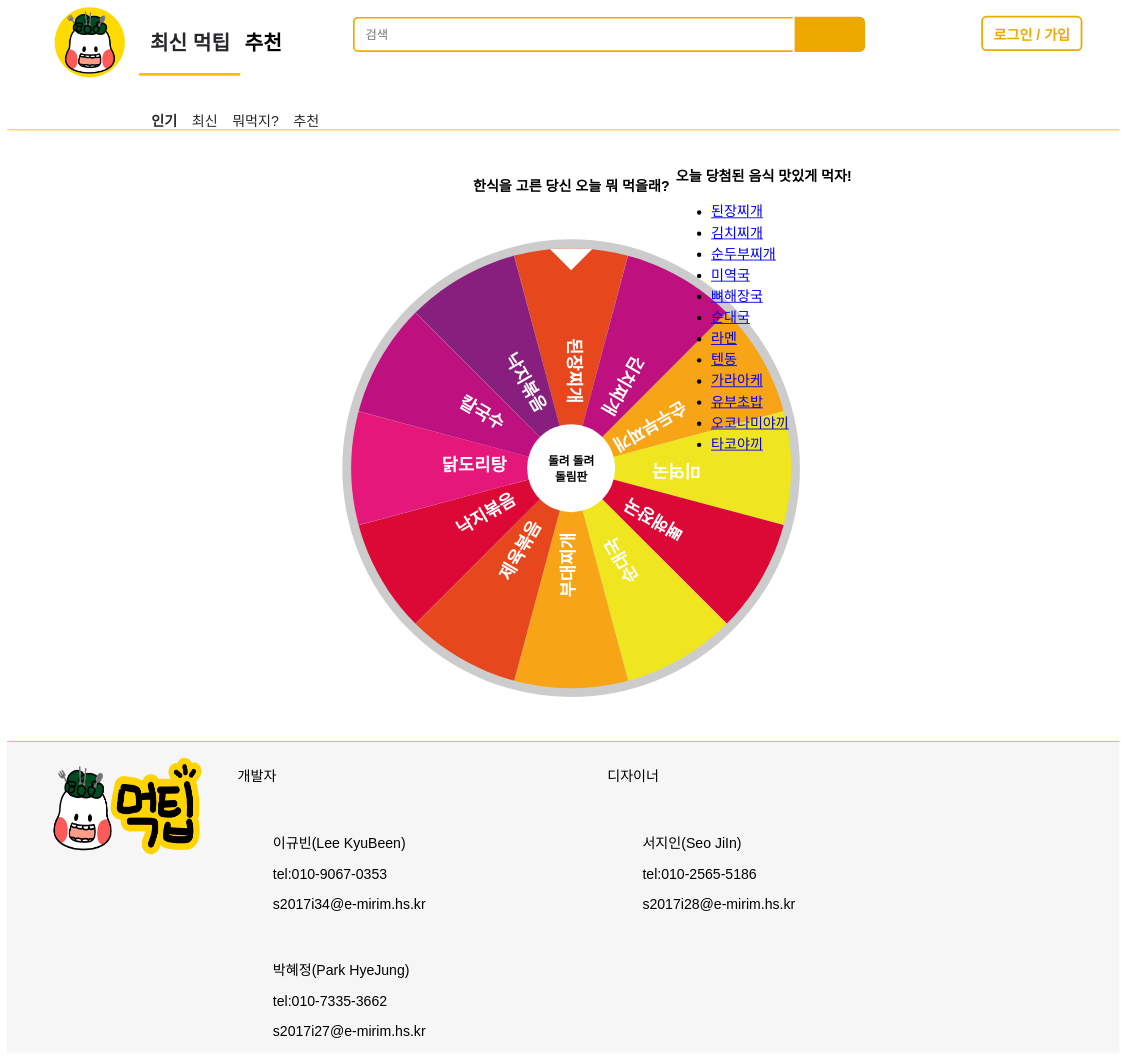
Repository: binkalos/JSP-STUDY
Page: http://localhost/IT-show/korean.jsp
These files come from the project's save history. The page is drawn as it stood at one moment and after the next save; the edit follows.
The browser window is 1280 px wide. The pictures show the whole page, at 88% of full size.
Some web libraries are served in a nearby version. The page is served by Tomcat 9. Other server files are loaded and not shown.

Above is the page before, as saved 2019-06-17 10:16:40.

### IT-show/WebContent/korean.jsp
<%@ page language="java" contentType="text/html; charset=UTF-8"
    pageEncoding="UTF-8"%>
<!DOCTYPE html>
<html>
<head>
<meta charset="UTF-8">
<title>한식</title>
<link rel="stylesheet" href="whatToEatStyle.css" >
<link rel="shortcut icon" href="/path/favicon.ico">
<script src="https://cdnjs.cloudflare.com/ajax/libs/jquery/1.8.3/jquery.min.js"></script>
<script src="https://cdn.sobekrepository.org/includes/jquery-rotate/2.2/jquery-rotate.min.js"></script>
<script src="https://cdnjs.cloudflare.com/ajax/libs/jquery-easing/1.4.1/jquery.easing.min.js"></script>
<script>
(function($) {
	$.fn.extend({

		roulette: function(options) {

			var defaults = {
				angle: 0,
				angleOffset: -45,
				speed: 5000,
				easing: "easeInOutElastic",
			};

			var opt = $.extend(defaults, options);

			return this.each(function() {
				var o = opt;

				var data = [
					{ color: '#e6471d', text: '된장찌개' },
					{ color: '#be107f', text: '김치찌개' },
					{ color: '#f7a416', text: '순두부찌개' },
					{ color: '#efe61f', text: '미역국' },
					{ color: '#dc0936', text: '뼈해장국' },
					{ color: '#efe61f', text: '순대국' },
					{ color: '#f7a416', text: '부대찌개' },
					{ color: '#e6471d', text: '제육볶음' },
					{ color: '#dc0936', text: '낙지볶음' },
					{ color: '#e5177b', text: '닭도리탕' },
					{ color: '#be107f', text: '칼국수' },
					{ color: '#881f7e', text: '낙지볶음' }
				];

				var $wrap = $(this),
						$btnStart = $wrap.find("#btn-start"),
						$roulette = $wrap.find(".roulette"),
						wrapW = $wrap.width(),
						angle = o.angle,
						angleOffset = o.angleOffset,
						speed = o.speed,
						esing = o.easing,
						itemSize = data.length,
						itemSelector = "item",
						labelSelector = "label",
						d = 360 / itemSize,
						borderTopWidth = wrapW,
						borderRightWidth = tanDeg(d);

				for(i=1; i<=itemSize; i+=1){
					var idx = i-1,
							rt = i*d + angleOffset,
							itemHTML = $('<div class="'+ itemSelector +'">'),
							labelHTML = '';
							labelHTML += '<p class="'+ labelSelector +'">';
							labelHTML += '	<span class="text">'+ data[idx].text +'</span>';
							labelHTML += '</p>';

					$roulette.append(itemHTML);
					$roulette.children("."+ itemSelector).eq(idx).append(labelHTML);
					$roulette.children("."+ itemSelector).eq(idx).css({
						"left": wrapW / 2,
						"top": -wrapW / 2,
						"border-top-width": borderTopWidth,
						"border-right-width": borderRightWidth,
						"border-top-color": data[idx].color,
						"transform": "rotate("+ rt + "deg)"
					});

					var textH = parseInt(((2*Math.PI*wrapW)/d)*.5);

					$roulette.children("."+ itemSelector).eq(idx).children("."+ labelSelector).css({
						"height": textH+'px',
						"lineHeight": textH+'px',
						"transform": 'translateX('+  (textH*1.3) +'px) translateY('+ (wrapW*-.3) +'px) rotateZ('+ (90 + d*.5) +'deg)'
						                               //글자 각도
					});

				}

				function tanDeg(deg) {
					var rad = deg * Math.PI/180;
					return wrapW/(1/Math.tan(rad));
				}


				$btnStart.on("click", function() {
					rotation();
				});

				function rotation() {

					var completeA = 360 * r(5, 10) + r(0, 360);

					$roulette.rotate({
						angle: angle,
						animateTo: completeA,
						center: ["50%", "50%"],
						easing: $.easing.esing,
						callback: function() {
							var currentA = $(this).getRotateAngle();

							console.log(currentA);

						},
						duration: speed
					});
				}

				function r(min, max) {
					return Math.floor(Math.random() * (max - min + 1)) + min;
				}

			});
		}
	});
})(jQuery);

$(function() {

	$('.box-roulette').roulette();

});

</script>
</head>
<body>
<!-- Top -->
<%@ include file="TopWrapper.jsp"%>

<div class="main-content">
	<p class="title"><b>한식을 고른 당신 오늘 뭐 먹을래?</b></p>

	<div class="box-roulette">
		<div class="markers"></div>
		<button type="button" id="btn-start">
			돌려 돌려<br>돌림판
		</button>
		<div class="roulette" id="roulette"></div>
	</div>
	<div class="recommend-wrapper"><!-- food recommend wrapper -->
		<p class="title2"><b>오늘 당첨된 음식 맛있게 먹자!</b></p>
		<ul class="food">
			<li style="list-style-type : disc"><a href='search.jsp?keyword=된장찌개'>된장찌개</a></li>
			<li style="list-style-type : disc"><a href='search.jsp?keyword=김치찌개'>김치찌개</a></li>
			<li style="list-style-type : disc"><a href='search.jsp?keyword=돈가스'>순두부찌개</a></li>
			<li style="list-style-type : disc"><a href='search.jsp?keyword=규카츠'>미역국</a></li>
			<li style="list-style-type : disc"><a href='search.jsp?keyword=장어덮밥'>뼈해장국</a></li>
			<li style="list-style-type : disc"><a href='search.jsp?keyword=사케동'>순대국</a></li>
			<li style="list-style-type : disc"><a href='search.jsp?keyword=라멘'>라멘</a></li>
			<li style="list-style-type : disc"><a href='search.jsp?keyword=텐동'>텐동</a></li>
			<li style="list-style-type : disc"><a href='search.jsp?keyword=가라아케'>가라아케</a></li>
			<li style="list-style-type : disc"><a href='search.jsp?keyword=유부초밥'>유부초밥</a></li>
			<li style="list-style-type : disc"><a href='search.jsp?keyword=오코나미야끼'>오코나미야끼</a></li>
			<li style="list-style-type : disc"><a href='search.jsp?keyword=타코야끼'>타코야끼</a></li>
		</ul>
	</div>
</div>
<%@ include file="footer.jsp"%>
</body>
</html>

### IT-show/WebContent/TopWrapper.jsp
<%@ page language="java" contentType="text/html; charset=UTF-8"
    pageEncoding="UTF-8"%>
<link rel="stylesheet" href="TopWrapperStyle.css" >
<%
	//로그인 한 사람이라면 userID라는 변수에 해당 아이디가 담기고 그렇지 않으면 null값
	String userid = null;
	if (session.getAttribute("username") != null) {
		userid = (String) session.getAttribute("username");
	}
%>
<!-- 맨위에 top메뉴 공간 개발 나중에 따로 빼놓을 부분-->
		<nav id="top-menu-all">
		<div id="main-menu">
			<div class="contents-wrapper">
				<div class="left-contents-wrapper">
					<div class="muktip-logo"></div>
					<a href="firstPage.jsp" class="new-tip">최신 먹팁</a>
					<a href="recommendTip.jsp" class="good">추천</a>
				</div><!-- left-contents-wrapper -->

				<div class="right-contents-wrapper">
					<%
						//로그인이 안된 경우
						if (userid == null) {
					%>
					<div class="login-join"> <!-- 로그인 / 가입 -->
						<a href="login.jsp">로그인</a> /
						<a href="join.jsp">가입</a> <!-- 가입 페이지 미구현 -->
					</div> <!-- login-join -->
					<%
						} else { //로그인이 된 경우
					%>
					<div class="user-menu" id="user-menu">
						<div class="dropdown">
						<button class="profile-img-btn"> <!-- 이미지 버튼(회원 이미지) -->
							<img class="profile-image" src="img/imoticon.png">
						</button>
						<ul class="user-menu-list"> <!-- 메뉴리스트 -->
							<li class="menu-item">
								<a class="menu-link" href="Mypage.jsp"> <!-- /유저 이름으로 -->
									<img class="menu-icon-mini" src="img/imoticon.png">
									<span class="menu-user-name"><%=userid %></span>
								</a>
							</li>

							<li class="menu-item">
								<a class="menu-link" href="음식바구니.jsp" rel="nofollow">
								<img class="menu-icon-myfood" src="img/foodbox.png">
								<span class="menu-text-mtfood">내 음식바구니</span>
								</a>
							</li>

							<li class="menu-item">
								<a class="menu-link"  href=" logoutProc.jsp" rel="nofollow">
								<img class="menu-icon-logout" src="img/logout.png">
								<span class="menu-text-logout">로그아웃</span>
								</a>
							</li>
						</ul> <!-- user-menu-list -->
						</div><!-- dropdown -->
					</div><!-- user-menu -->
					<%
						}
					%>
				</div><!-- right-contents-wrapper -->


				<div class="search-wrapper">
					<form class="search-form" action="#" method="get">
						<table style=" border-collapse: collapse; border-spacing: 0">
						<tr>
						<td>
						<label class="input-wrapper">
							<input class="search-keyword" type="text" name="keyword" placeholder="검색" required>
						</label>
						</td>
						<td>
						<button class="search-button" type="submit">
						<!-- 검색 디비 연결 -->
							<a href="search.jsp">
								<span class="ic_search"></span>
							</a>
						</button>
						</td>
						</tr>
						</table>
					</form>
				</div><!-- search-wrapper -->
		</div><!-- contents-wrapper -->
		</div><!-- main-menu -->

		<!-- 서브메뉴 -->
		<div id="sub-menu-wrapper" class="show">
			<ul class="sub-contents-wrapper">
				<li class="sub-menu selected" data-text="인기">
					<a href="firstPage.jsp">인기</a>
				</li>
				<li class="sub-menu" data-text="최신">
					<a href="newPost.jsp">최신</a>
				</li>
				<li class="sub-menu" data-text="TV">
					<a href="whatToEat.jsp">뭐먹지?</a>
				</li>
				<li class="sub-menu" data-text="추천">
					<a href="recommendTip.jsp">추천</a>
				</li>
			</ul><!-- sub-contents-wrapper -->
		</div><!-- sub-menu-wrapper -->

</nav><!-- top-menu-all -->

### IT-show/WebContent/footer.jsp
<%@ page language="java" contentType="text/html; charset=UTF-8"
    pageEncoding="UTF-8"%>
<link rel="stylesheet" href="footerStyle.css" >
<div class="footer">
	<div class="footer-wrqpper">

		<div class="first-wrapper">
			<img src="img/title.png" width="200" height="130">
		</div>
		<!-- first-wrapper -->

		<div class="second-wrapper">
			<div class="developer-information-wrapper">
				<p class="developer">개발자</p>
				<!-- 이 글자가 우리 둘 정보의 위의 가운데에 배치 -->
				<div class="left-developer">
					<ul>
						<li>
							<p class="developer-name">이규빈(Lee KyuBeen)</p>
							<p class="developer-tel">tel:010-9067-0353</p>
							<p class="developer-email">s2017i34@e-mirim.hs.kr</p>
						</li>

					</ul>
				</div>
				<!-- left-developer -->
				<div class="right-developer">
					<ul>
						<li>
							<p class="developer-name">박혜정(Park HyeJung)</p>
							<p class="developer-tel">tel:010-7335-3662</p>
							<p class="developer-email">s2017i27@e-mirim.hs.kr</p>
						</li>
					</ul>
				</div>
				<!-- right-developer -->
			</div>
			<!-- developer-information-wrapper -->
		</div>
		<!-- second-wrapper -->

		<div class="third-wrapper">
			<div class="designer-information-wrapper">
				<p class="designer">디자이너</p>
				<div class="first-designer">
					<ul>
						<li>
							<p class="developer-name">서지인(Seo JiIn)</p>
							<p class="developer-tel">tel:010-2565-5186</p>
							<p class="developer-email">s2017i28@e-mirim.hs.kr</p>
						</li>
					</ul>
				</div> <!-- first-designer -->
			</div> <!-- designer-information-wrapper  -->
		</div><!-- third-wrapper -->

	</div><!-- footer-wrapper -->

</div> <!-- footer -->

### IT-show/WebContent/whatToEatStyle.css
html, body, button{
	font-family:Arial, "돋움", Dotum, "굴림", Gulim, "Apple SD Gothic Neo", AppleGothic, sans-serif;
}

button{border:0;margin:0;padding:0;}

.title{margin-top:50px;text-align:center;}
.box-roulette{
			  position:relative;
			  margin:50px auto;
			  width:500px;height:500px;
			  border:10px solid #ccc;
			  border-radius:50%;
			  background:#ccc;
			  overflow:hidden;
}
.box-roulette .markers{
						position:absolute;
						left:50%;top:0;
						margin-left:-25px;
						width:0;height:0;
						border:25px solid #fff;
						border-left-color:transparent;
						border-right-color:transparent;
						border-bottom-color:transparent;
						z-index:9999;
}
.box-roulette .roulette{
						position:relative;
						width:100%;height:100%;
						overflow:hidden;
}
.box-roulette .item{
					position:absolute;
					top:0;width:0;height:0;
					border:0 solid transparent;
					transform-origin:0 100%;}
.box-roulette .label{
					position:absolute;
					left:0;top:0;color:#fff;
					white-space:nowrap;
					transform-origin:0 0;}
.box-roulette .label .text{display:inline-block;
						   font-size:20px;font-weight:bold;
						   line-height:1;vertical-align:middle;}

#btn-start{display:block;
		   position:absolute;
		   left:50%;top:50%;margin:-50px 0 0 -50px;
		   width:100px;height:100px;
		   font-weight:bold;background:#fff;
		   border-radius:50px;z-index:9999;cursor:pointer;
		   outline:none;
		   }
.main-content {
	max-width: 1080px;
	margin-left: 8%;
	margin-right: auto;
}
.title2{margin-top:50px;text-align:center;}
.recommend-wrapper{
	position: absolute;
    top: 19%;
    left: 60%;
}

### IT-show/WebContent/TopWrapperStyle.css
li {
	list-style: none;
}

/*nav영역*/
#top-menu-all {
	top:0;
	left: 0;
	right: 0;
	background-color: white;
}
#top-menu-all * {
	box-sizing: border-box;
}
#main-menu {
	height: 90px;
}

/*top영역*/
.contents-wrapper {
	margin-left: auto;
	margin-right: auto;
	max-width: 1180px;
	width: 100%;
	height: 100%;
}

/*top-left 영역*/
.left-contents-wrapper {
	display: inline-block;
	float: left;
}
/*로고*/
.muktip-logo {
	display: inline-block;
	vertical-align: middle;
	margin-left: 12px;
	margin-right: 12px;
	margin-bottom: 10px;
	width: 80px;
	height: 80px;
	background-repeat: no-reapeat;
	background-size: cover;
	background-position: 50%;
	background-image: url(img/imoticon.png);
}
/*최신 먹팁*/
.new-tip {
	display: inline-block;
	margin-bottom: -1px;
	padding-left: 12px;
	padding-right: 12px;
	border-bottom: solid 3px #FFBB00;
	color: #26282B;
	font-size: 23px;
	font-weight: bold;
	line-height: 67px;
	text-decoration: none;
}
/*추천*/
.good {
	display: inline-block;
	margin-bottom: -1px;
	padidng-left: 12px;
	color: #000000;
	font-size: 23px;
	font-weight: bold;
	line-height: 67px;
	text-decoration: none;
}
.new-tip:hover {
	color: #FFBB00;
}
.good:hover {
	color: #FFBB00;
}

/*top-right 영역*/
.right-contents-wrapper {
	float: right;
	display: inline-block;
	vertical-align: middle;
	padding-top: 10px;
}
/*[로그인/가입]*/
.login-join {
	display: block;
	color: #EDA900;
	padding-left: 12px;
	padding-right: 12px;
	height: 40px;
	border: 2px solid #EDA900;
	border-radius: 6px;
	text-align: center;
	line-height: 40px;
	font-weight: bold;
}
.login-join a {
	text-decoration: none;
	color: #EDA900;
}
/*유저메뉴 영역*/
.user-menu {
	margin-left: 14px;
	margin-right: 10px;
	margin-top: 5px;
	width: 100%;
	height: 100%;
}
/*드롭다운 메뉴*/
.dropdown {
	position: relative;
}
.dropdown ul {
	display: none; /*평상시에는 드롭다운 메뉴가 안보이게 하기*/
}
.dropdown:hover ul { /*아이콘에 hover할 시 드롭다운 메뉴의 스타일*/
	display: block;
}
.dropdown ul li a:link {
	color: black;
	text-decoration: none;
	font-size: 15px;
}
.dropdown .menu-link {
	display: block;
	padding-left: 22px;
	padding-right: 16px;
	font-size: 0;
}
/*프로필*/
.profile-img-btn {
	position: relative;
	display: block;
	width: 60px;
	height: 65px;
	background-color: transparent;
	border: 0;
	border-radius: 50%;
	cursor: pointer;
	outline: none;
	overflow: hidden;
}
.profile-img-btn:hover li {
	display: block;
	background-color: red;
}
.profile-image {
	width: 100%;
	height: 100%;
}
/*메뉴 리스트*/
.user-menu-list {
	position: absolute;
	top: 100%;
	left: -100%;
	text-align: left;
	margin-top: 2px;
	padding-top: 5px;
	padding-bottom: 5px;
	padding-left: 0px;
	width: 220px;
	background-color: white;
	border-color: #E8EBED;
	border-radius: 6px;
	border-style: solid;
	border-width: 1px;
	box-shadow: 0 2px 2px 0 rgba(0, 0, 0, 0.1);
	z-index: 999;
}
/*메뉴 링크*/
.menu-link {
	display: block;
	padding-left: 30px;
	padding-right: 22px;
}
/*닉네임*/
.menu-user-name {
	font-weight: bold;
}
/*아이콘*/
.menu-link img {
	width: 40px;
	height: 40px;
	border-radius: 50%;
	display: inline-block;
	vertical-align: middle;
}

/*검색 영역*/
.search-wrapper {
	display: block;
	overflow: hidden;
}
.search-form {
	display: block;
	margin-top: 10px;
	margin-left: 80px;
	margin-right: 80px;
	font-size: 0;
	outline: none;
	transform: translateZ(0);
}
.input-wrapper {
	overflow: hidden;
	display: block;
	width: 500px;
	height: 40px;
}
.search-keyword {
	display: block;
	padding-left: 12px;
	padding-right: 12px;
	width: 100%;
	height: 100%;
	border-color: #EDA900;
	border-style: solid;
	border-radius: 6px 0 0 6px;
	border-width: 2px 0 2px 2px;
	font-size: 14px;
	outline: none;
}
.search-button {
	display: block;
	width: 80px;
	height: 40px;
	background-color: #EDA900;
	border: 0;
	border-radius: 0 6px 6px 0;
	outline: none;
	transition: background-color .3s ease;
	float: right;
	padding-top: 3px;
}

.ic_search{
	display: inline-block;
	background-image: url(img/imgsearchIcon.png);
	background-repeat: no-repeat;
	vertical-align: middle;
	zoom:1; width: 22px; height: 22px;
	z-index: 999;
}

/*sub-menu 영역*/
.show {
	padding: 10px;
	width: 100%;
	display: block;
	height: 50px;
	border-bottom: solid 1px #FFBB00;
}

#sub-menu.selected {
	position: absolute;
	top: 0;
	left: 12px;
	width: 100%;
	line-height: 49px;
	content: attr(data-text);
	color: #26282B;
	cursor: pointer;
	font-size: 14px;
	font-weight: bold;
}

.sub-contents-wrapper {
	margin-left: auto;
	margin-right: auto;
	max-width: 1040px;
	list-style: none;
}

.sub-menu {
	display: inline-block;
	margin-left: 12px;
}

/*목록 스타일*/
.sub-contents-wrapper a {
	text-decoration: none;
	color: #26282B;
}

.selected {
	font-weight: bold;
}

.sub-menu:hover {
	font-weight: bold;
}

### IT-show/WebContent/footerStyle.css
.footer {
	margin-top: 20px;
	height: 100%;
	border-top: 1px solid #FFBB00;
	background-color: #F6F6F6;
}
.footer-wrqpper {
	max-width: 1180px;
	margin-top: 10px;
	margin-left: auto;
	margin-right: auto;
	margin-bottom: 10px;
	width: 100%;
	display: table;
}
.first-wrapper, .second-wrapper, .third-wrapper {
	float: left;
	margin-right: 20px;
}
.second-wrapper {
	width: 400px;
}
.left-developer, .right-developer, .first-designer {
	margin-top: 20px;
	float: left;
	margin-right: 20px;
}

After the next save:
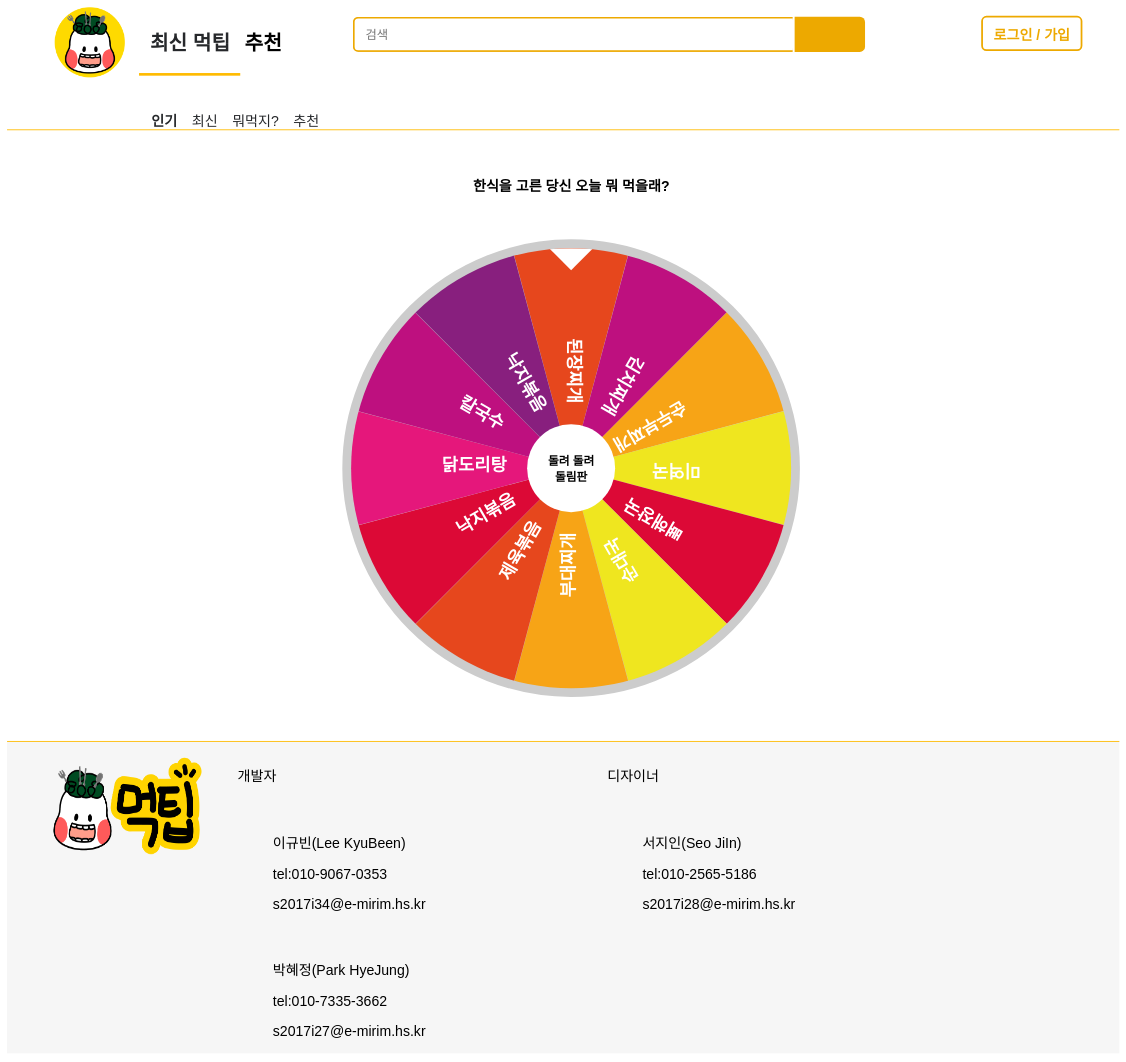
Saved 89 s later.
--- a/IT-show/WebContent/korean.jsp
+++ b/IT-show/WebContent/korean.jsp
@@ -149,23 +149,7 @@ $(function() {
 		</button>
 		<div class="roulette" id="roulette"></div>
 	</div>
-	<div class="recommend-wrapper"><!-- food recommend wrapper -->
-		<p class="title2"><b>오늘 당첨된 음식 맛있게 먹자!</b></p>
-		<ul class="food">
-			<li style="list-style-type : disc"><a href='search.jsp?keyword=된장찌개'>된장찌개</a></li>
-			<li style="list-style-type : disc"><a href='search.jsp?keyword=김치찌개'>김치찌개</a></li>
-			<li style="list-style-type : disc"><a href='search.jsp?keyword=돈가스'>순두부찌개</a></li>
-			<li style="list-style-type : disc"><a href='search.jsp?keyword=규카츠'>미역국</a></li>
-			<li style="list-style-type : disc"><a href='search.jsp?keyword=장어덮밥'>뼈해장국</a></li>
-			<li style="list-style-type : disc"><a href='search.jsp?keyword=사케동'>순대국</a></li>
-			<li style="list-style-type : disc"><a href='search.jsp?keyword=라멘'>라멘</a></li>
-			<li style="list-style-type : disc"><a href='search.jsp?keyword=텐동'>텐동</a></li>
-			<li style="list-style-type : disc"><a href='search.jsp?keyword=가라아케'>가라아케</a></li>
-			<li style="list-style-type : disc"><a href='search.jsp?keyword=유부초밥'>유부초밥</a></li>
-			<li style="list-style-type : disc"><a href='search.jsp?keyword=오코나미야끼'>오코나미야끼</a></li>
-			<li style="list-style-type : disc"><a href='search.jsp?keyword=타코야끼'>타코야끼</a></li>
-		</ul>
-	</div>
+
 </div>
 <%@ include file="footer.jsp"%>
 </body>
